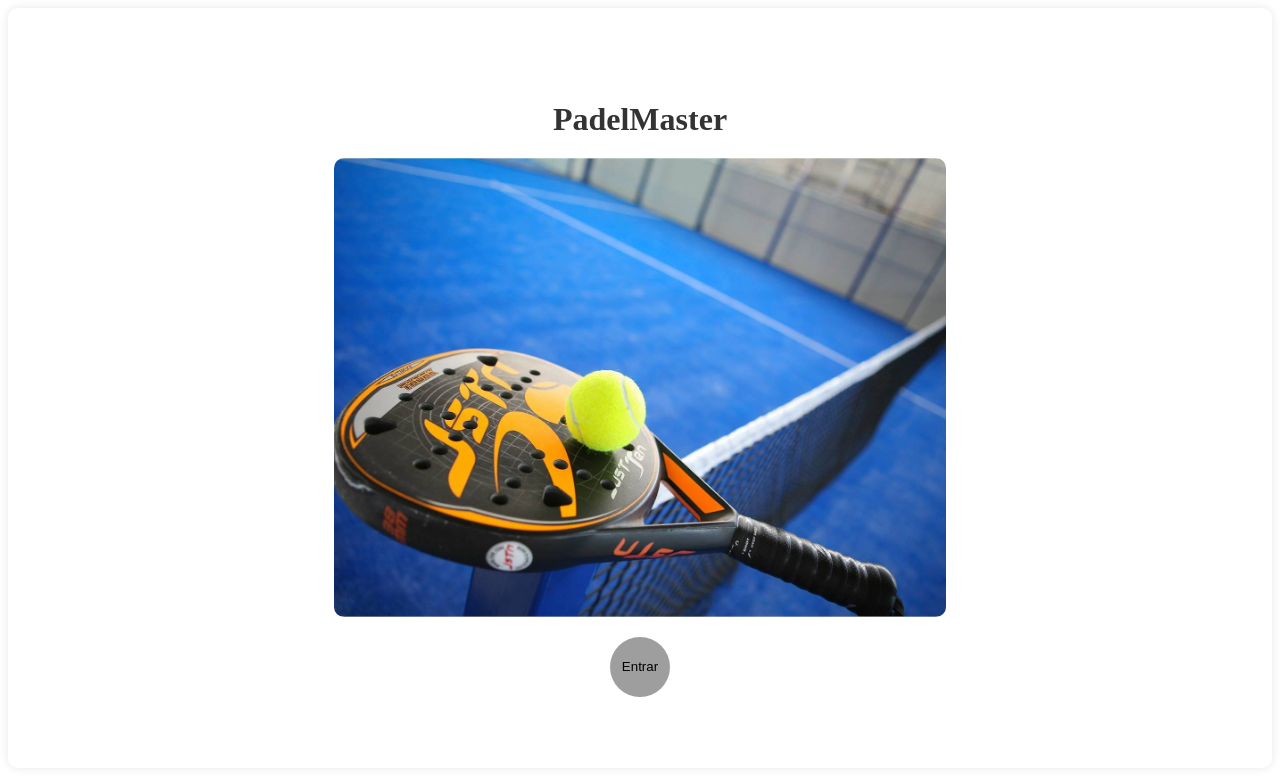
Repository: MarcioMiguel22/PadelMaster
Page: /
The author's editor kept a copy of each file at every save. The page is drawn from the files as they stood at one save, then again after the next save.
The browser window is 1280 px wide. The pictures show the whole page.
Pictures or frames that could not be fetched are drawn as grey boxes. The project was rebuilt for these pictures with package versions that can differ from the ones it lists, and the page was loaded fresh each time. Also part of the build but not shown: vite.config.ts, src/components/components_calculadora/JogadorItem.tsx, src/components/components_calculadora/JogadoresLista.tsx, src/components/components_calculadora/TrocarJogadoresButton.module.css, src/components/components_calculadora/TrocarJogadoresButton.tsx, src/components/components_calculadora/Campo.tsx, src/components/components_calculadora/Jogo.tsx, src/components/components_calculadora/Ranking.module.css and 19 more.

Above is the page before, as saved 2024-06-20 11:12:59.

After the next save:
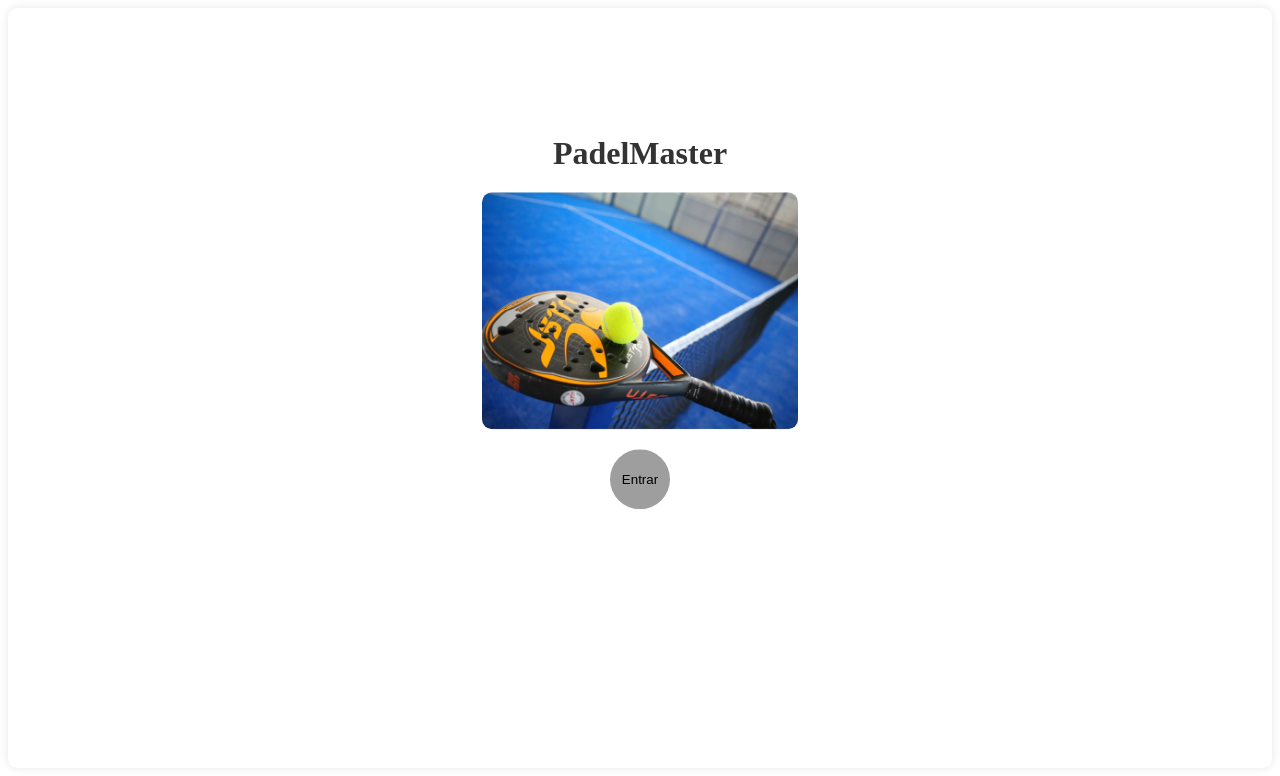
Saved 24 s later.
--- a/src/pages/Home/Home.tsx
+++ b/src/pages/Home/Home.tsx
@@ -8,11 +8,13 @@ const PadelPage: React.FC = () => {
 
   return (
     <div className={styles.padelContainer}>
-      <h1>PadelMaster</h1>
-      <div className={styles.content}>
-        <img src={padelImage} alt="Imagem de Padel" className={styles.padelImage} />
-        <div className={styles.buttonContainer}>
-          <button className={styles.enterButton} onClick={() => navigate('/calculadora')}>Entrar</button>
+      <div className={styles.centeredContent}>
+        <h1>PadelMaster</h1>
+        <div className={styles.content}>
+          <img src={padelImage} alt="Imagem de Padel" className={styles.padelImage} />
+          <div className={styles.buttonContainer}>
+            <button className={styles.enterButton} onClick={() => navigate('/calculadora')}>Entrar</button>
+          </div>
         </div>
       </div>
     </div>
